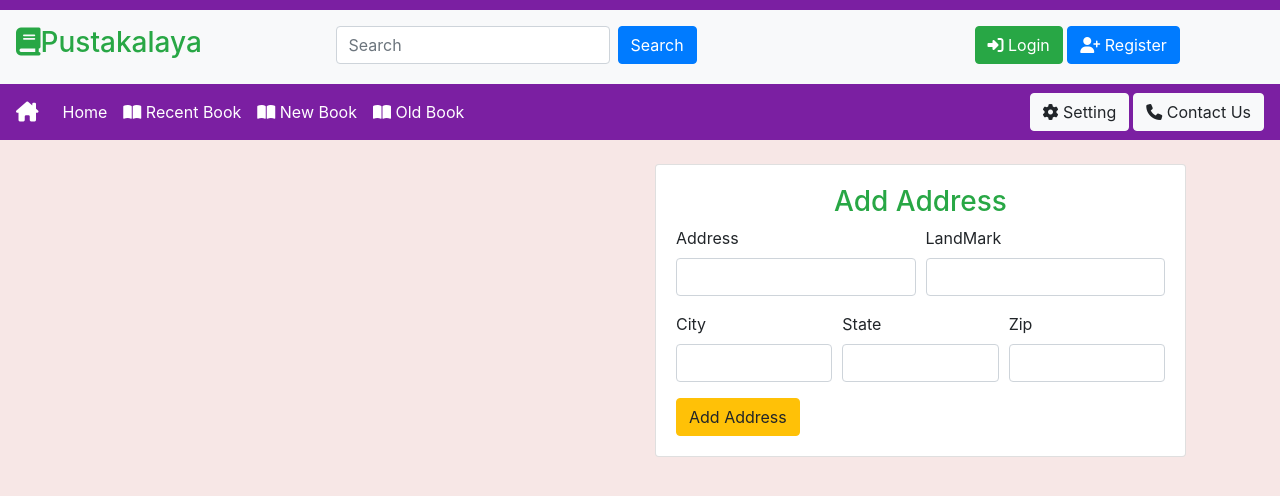
Repository: kalaprabhakar/Pustakalay_Web_Application
Page: http://localhost/E_Book_Management/user_address.jsp
The author's editor kept a copy of each file at every save. The page is drawn from the files as they stood at one save, then again after the next save.
The browser window is 1280 px wide. The pictures show the whole page.
Some web libraries are served in a nearby version. The page is served by Tomcat 10. Other server files are loaded and not shown.

Above is the page before, as saved 2024-02-28 14:58:58.

### E_Book_Management/src/main/webapp/user_address.jsp
<%@ page language="java" contentType="text/html; charset=ISO-8859-1"
	pageEncoding="ISO-8859-1"%>
<!DOCTYPE html>
<html>
<head>
<meta charset="ISO-8859-1">
<title>Insert title here</title>
<%@ include file="all_component/allcss.jsp"%>
</head>
<body style="background-color: #f7e7e6">
	<%@ include file="all_component/navbar.jsp"%>


	<div class="container p-4">
		<div class="row">
			<div class="col-md-6 offset-md-6">
				<div class="card ">
					<div class="card-body">
					<h3 class="text-center text-success">Add Address</h3>
						<form method="post" action="">
                             <div class="form-row">
							<div class="form-group col-md-6 ">
								<label for="inputPassword4">Address</label> <input type="text"
									class="form-control" id="inputPassword4">
							</div>


								<div class="form-group col-md-6">
									<label for="inputEmail4">LandMark</label> <input type="text"
										class="form-control" id="inputEmail4">
								</div>
								</div>
								<div class="form-row">
								<div class="form-group col-md-4">
									<label for="inputPassword4">City</label> <input type="text"
										class="form-control" id="inputPassword4">
								</div>
								<div class="form-group col-md-4">
									<label for="inputPassword4">State</label> <input type="text"
										class="form-control" id="inputPassword4">
								</div>
								<div class="form-group col-md-4">
									<label for="inputPassword4">Zip</label> <input type="text"
										class="form-control" id="inputPassword4">
								</div>

							</div>
							<button type="submit" class="btn btn-warning">Add Address</button>
						</form>

					</div>

				</div>

			</div>
		</div>
	</div>
</body>
</html>

### E_Book_Management/src/main/webapp/all_component/allcss.jsp
<link rel="stylesheet"
	href="https://cdn.jsdelivr.net/npm/bootstrap@4.0.0/dist/css/bootstrap.min.css"
	integrity="sha384-Gn5384xqQ1aoWXA+058RXPxPg6fy4IWvTNh0E263XmFcJlSAwiGgFAW/dAiS6JXm"
	crossorigin="anonymous">

<script src="https://code.jquery.com/jquery-3.2.1.slim.min.js"
	integrity="sha384-KJ3o2DKtIkvYIK3UENzmM7KCkRr/rE9/Qpg6aAZGJwFDMVNA/GpGFF93hXpG5KkN"
	crossorigin="anonymous"></script>
<script
	src="https://cdn.jsdelivr.net/npm/popper.js@1.12.9/dist/umd/popper.min.js"
	integrity="sha384-ApNbgh9B+Y1QKtv3Rn7W3mgPxhU9K/ScQsAP7hUibX39j7fakFPskvXusvfa0b4Q"
	crossorigin="anonymous"></script>
<script
	src="https://cdn.jsdelivr.net/npm/bootstrap@4.0.0/dist/js/bootstrap.min.js"
	integrity="sha384-JZR6Spejh4U02d8jOt6vLEHfe/JQGiRRSQQxSfFWpi1MquVdAyjUar5+76PVCmYl"
	crossorigin="anonymous"></script>
<link rel="stylesheet"
	href="https://cdnjs.cloudflare.com/ajax/libs/font-awesome/6.5.1/css/all.min.css"
	integrity="sha512-DTOQO9RWCH3ppGqcWaEA1BIZOC6xxalwEsw9c2QQeAIftl+Vegovlnee1c9QX4TctnWMn13TZye+giMm8e2LwA=="
	crossorigin="anonymous" referrerpolicy="no-referrer" />

	<link  rel="stylesheet" href="all_component/style.css"/>

### E_Book_Management/src/main/webapp/all_component/navbar.jsp
<%@ taglib prefix="c" uri="http://java.sun.com/jsp/jstl/core"%>
<%@ page isELIgnored="false" %>

<div class="container-fluid" style="height : 10px ; background-color:  #7B1FA2 "></div>

<div class="container-fluid p-3 bg-light">
 <div class="row">
     <div class="col-md-3 text-success">
        <h3 > <i class="fa-solid fa-book"></i>Pustakalaya</h3>
     </div>
    <div class="col-md-6">
       <form class="form-inline my-2 my-lg-0">
      <input class="form-control mr-sm-2" type="search" placeholder="Search" aria-label="Search">
      <button class="btn btn-primary my-2 my-sm-0" type="submit">Search</button>
    </form>

    </div>
    <c:if test="${not empty userobj }">
    <div class="col-md-3">

    <a href="checkout.jsp" class="btn btn-ligh"><i class="fa-solid fa-cart-shopping  "></i></a>

      <a href="" class="btn btn-success"><i class="fa-solid fa-user-plus"></i>${userobj.name }</a>
      <a href="logout" class="btn btn-primary"><i class="fa-solid fa-right-to-bracket"></i> Logout</a>

    </div>

    </c:if>

    <c:if test="${ empty userobj }">
    <div class="col-md-3">
      <a href="login.jsp" class="btn btn-success"><i class="fa-solid fa-right-to-bracket"></i> Login</a>
      <a href="register.jsp" class="btn btn-primary"><i class="fa-solid fa-user-plus"></i> Register</a>

    </div>

    </c:if>

 </div>


</div>

<nav class="navbar navbar-expand-lg navbar-dark bg-custom">
  <a class="navbar-brand" href="#"><i class="fa-solid fa-house-chimney"></i></a>
  <button class="navbar-toggler" type="button" data-toggle="collapse" data-target="#navbarSupportedContent" aria-controls="navbarSupportedContent" aria-expanded="false" aria-label="Toggle navigation">
    <span class="navbar-toggler-icon"></span>
  </button>

  <div class="collapse navbar-collapse" id="navbarSupportedContent">
    <ul class="navbar-nav mr-auto">
      <li class="nav-item active">
        <a class="nav-link" href="index.jsp">Home <span class="sr-only">(current)</span></a>
      </li>
      <li class="nav-item active">
        <a class="nav-link" href="all_recent_book.jsp"> <i class="fa-solid fa-book-open"></i> Recent Book</a>
      </li>
      <li class="nav-item active">
        <a class="nav-link" href="all_new_book.jsp"> <i class="fa-solid fa-book-open"></i> New Book</a>
      </li>

      </li>
      <li class="nav-item active">
        <a class="nav-link disabled" href="all_old_book.jsp"> <i class="fa-solid fa-book-open"></i> Old Book</a>
      </li>
    </ul>
    <form class="form-inline my-2 my-lg-0">
      <a href="setting.jsp" class="btn btn-light my-2 my-sm-0" type="submit"><i class="fa-solid fa-gear"></i> Setting</a>
      <button class="btn btn-light my-2 my-sm-0 ml-1" type="submit"><i class="fa-solid fa-phone"></i> Contact Us</button>
    </form>
  </div>
</nav>

### E_Book_Management/src/main/webapp/all_component/style.css
.bg-custom {
	background-color : #7B1FA2 ;
}

.navbar .nav-item:hover .nav-link{

	background-color: white;
	color : black;
	border-radius : 20px ;
}

After the next save:
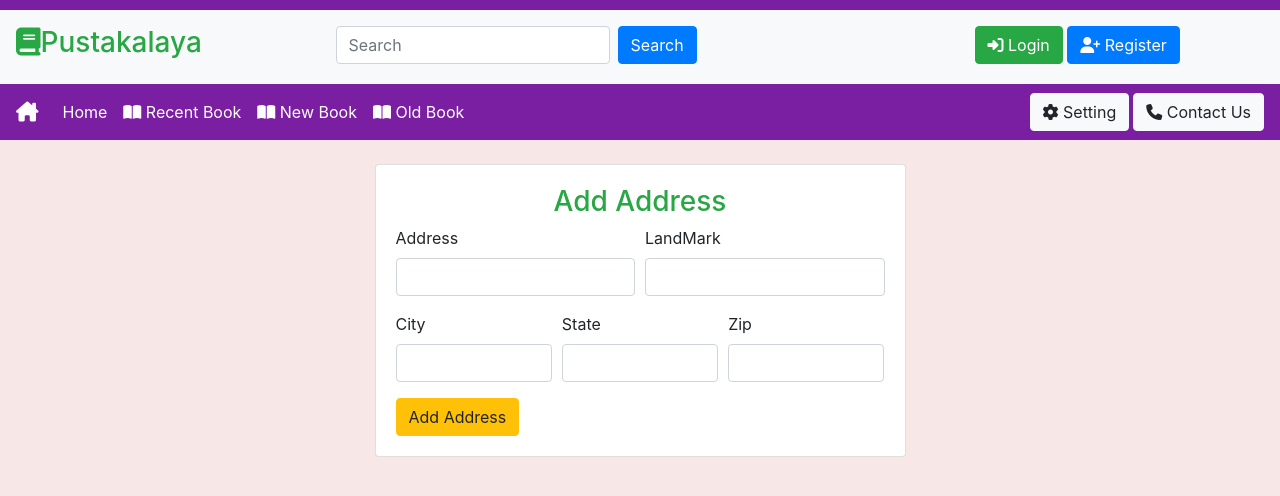
Saved 17 s later.
--- a/E_Book_Management/src/main/webapp/user_address.jsp
+++ b/E_Book_Management/src/main/webapp/user_address.jsp
@@ -13,7 +13,7 @@
 
 	<div class="container p-4">
 		<div class="row">
-			<div class="col-md-6 offset-md-6">
+			<div class="col-md-6 offset-md-3">
 				<div class="card ">
 					<div class="card-body">
 					<h3 class="text-center text-success">Add Address</h3>
